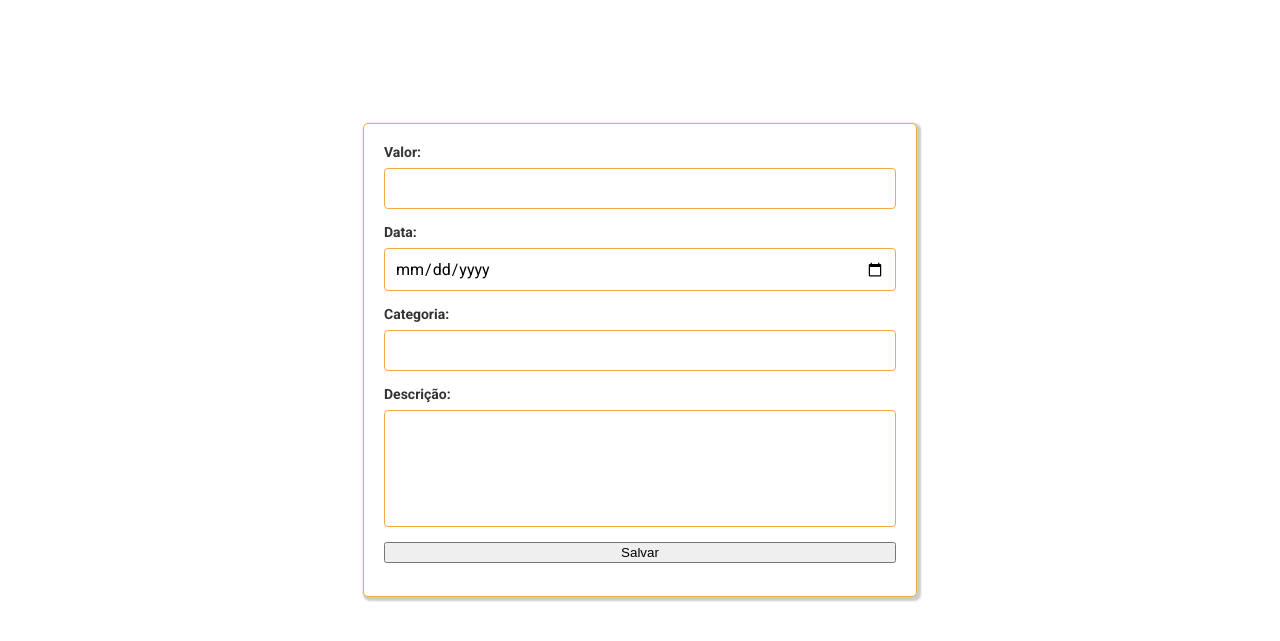
Repository: alexsanderkafka/java-servlets
Page: http://localhost/SaveMoney/cadastrarDespesa.jsp
These files come from the project's save history. The page is drawn as it stood at one moment and after the next save; the edit follows.
The browser window is 1280 px wide. The pictures show the whole page.
The page is served by Tomcat 9. Nobody is signed in. The application's start-up code is not run.

Above is the page before, as saved 2024-10-03 12:53:19.

After the next save:
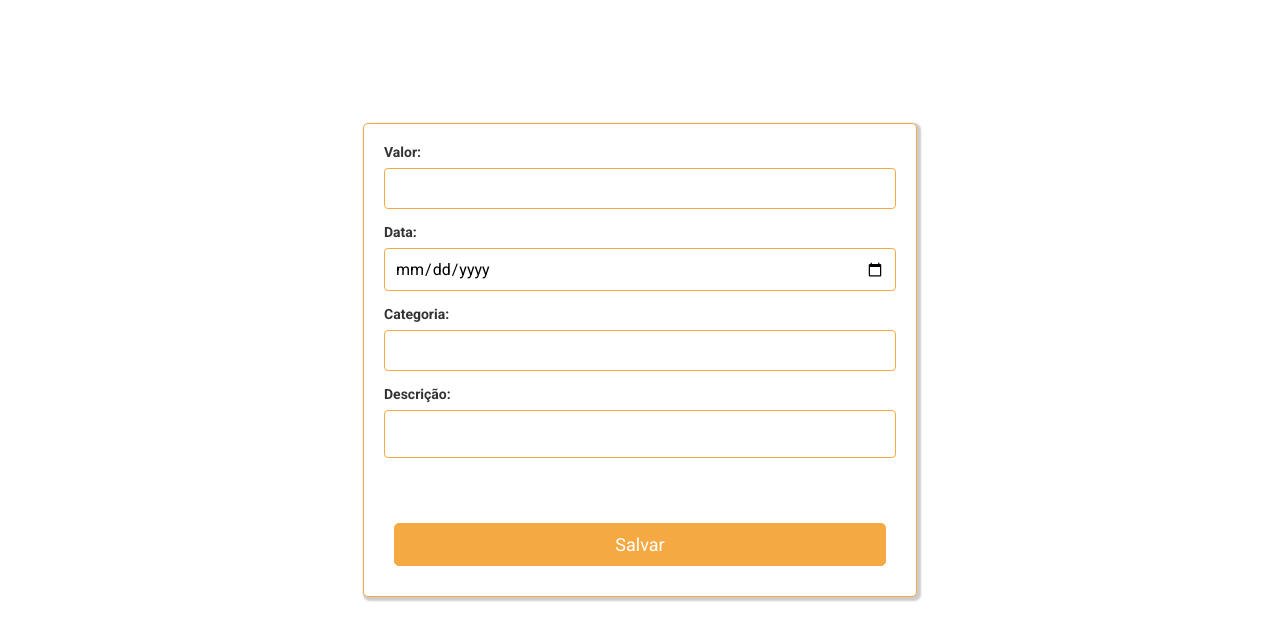
Saved 23 s later.
--- a/SaveMoney/src/main/webapp/styles/style.css
+++ b/SaveMoney/src/main/webapp/styles/style.css
@@ -54,7 +54,7 @@
 }
 
 
-.button-page-index{
+.primary-buttons{
 	margin: 10px;
 	padding: 10px;
 	border: 1px solid #F4A942;
@@ -67,7 +67,7 @@
 	transition: background-color 0.5s ease;
 }
 
-.button-page-index:hover{
+.primary-buttons:hover{
 	background-color: #f7b64e;
 }
 
@@ -114,3 +114,7 @@
 .container-initial textarea {
     resize: none;
 }
+
+.box-register .primary-buttons{
+	margin-top: 50px;
+}
